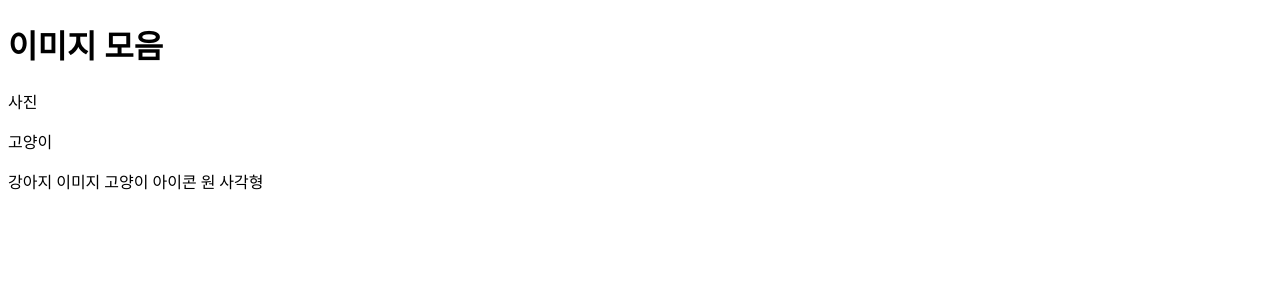
Repository: Hjubong/front-end
Page: ClientTest/src/main/webapp/html/Q008.html
An editor plug-in stored every save of this project. The page is shown before and after the next save, followed by the edit.
The browser window is 1280 px wide. The pictures show the whole page.

Above is the page before, as saved 2023-09-22 00:13:56.

After the next save:
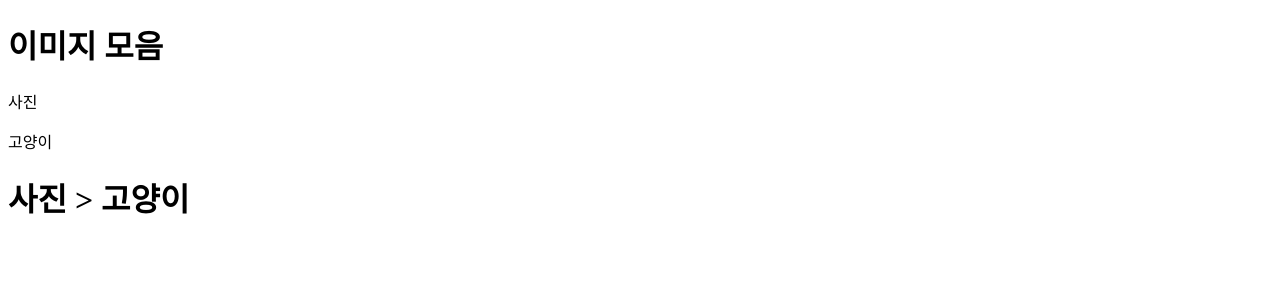
Saved 70 s later.
--- a/ClientTest/src/main/webapp/html/Q008.html
+++ b/ClientTest/src/main/webapp/html/Q008.html
@@ -8,11 +8,7 @@
 	<h1>이미지 모음</h1>
 사진
 <p id="title">고양이</p>
-강아지
-이미지
-고양이
-아이콘
-원
-사각형
+
+<h1 a href="title"> 사진 > 고양이 </h1>
 </body>
 </html>
